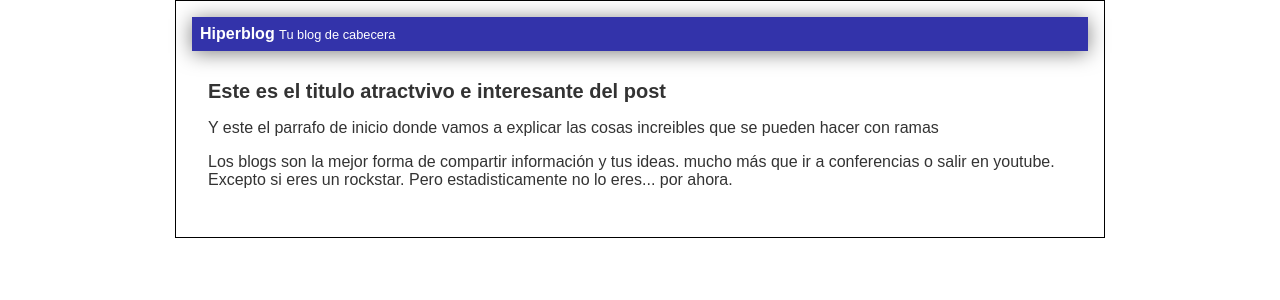
Repository: Areinomora/hiperblog
Page: blogpost.html
An editor plug-in stored every save of this project. The page is shown before and after the next save, followed by the edit.
The browser window is 1280 px wide. The pictures show the whole page.

Above is the page before, as saved 2022-12-22 15:24:25.

### blogpost.html
<!DOCTYPE html>
<html lang="en">
   <head>
    <meta charset="UTF-8">
    <meta http-equiv="X-UA-Compatible" content="IE=edge">
    <meta name="viewport" content="width=device-width, initial-scale=1.0">
    <title>Titulo del blog post</title>
    <link rel="stylesheet" href="/css/estilos.css">
    </head>
    <body>
        <div id="container">
            <div id="cabecera">
                Hiperblog
                <span id="tagline"> Tu blog de cabecera</span>
            </div>
            <div id="post">
                <h1>Este es el titulo atractvivo e interesante del post</h1>
                <p>Y este el parrafo de inicio donde vamos a explicar las cosas increibles
                    que se pueden hacer con ramas
                </p>
                <p> Los blogs son la mejor forma de compartir información y tus ideas.
                    mucho más que ir a conferencias o salir en youtube. Excepto si eres un rockstar. Pero estadisticamente no lo eres... por ahora.
                </p>
            </div>
        </div>
    </body>
</html>

### css/estilos.css
body
{
    color:#333;
    text-align:center;
    font-family:"arial";
    font-size: 16 px;
    padding: 0;
    margin: 0;

}
#cabecera
{
    background: #33a;
    box-shadow: 0px 2px 20px rgba(0,0,0,0.5);
    color: white;
    font-weight: bold;
    margin: 0;
    padding: 0.5em;

}
#cabecera #tagline
{
    padding: 0,0,0,1em;
    font-weight: normal;
    font-size: 0.8em;


}
#container
{
    width: 70%;
    padding: 1em;
    text-align: left;
    border: 1px solid #000;
    margin:auto;

}
#container h1
{
    font-size: 20px;
}
#post
{
    padding: 1em;
}

After the next save:
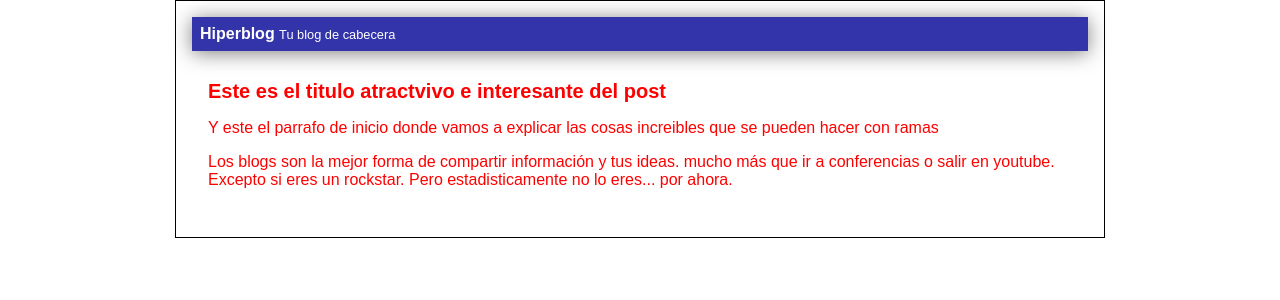
Saved 2 min 5 s later.
--- a/css/estilos.css
+++ b/css/estilos.css
@@ -1,6 +1,6 @@
 body
 {
-    color:#333;
+    color:red;
     text-align:center;
     font-family:"arial";
     font-size: 16 px;
